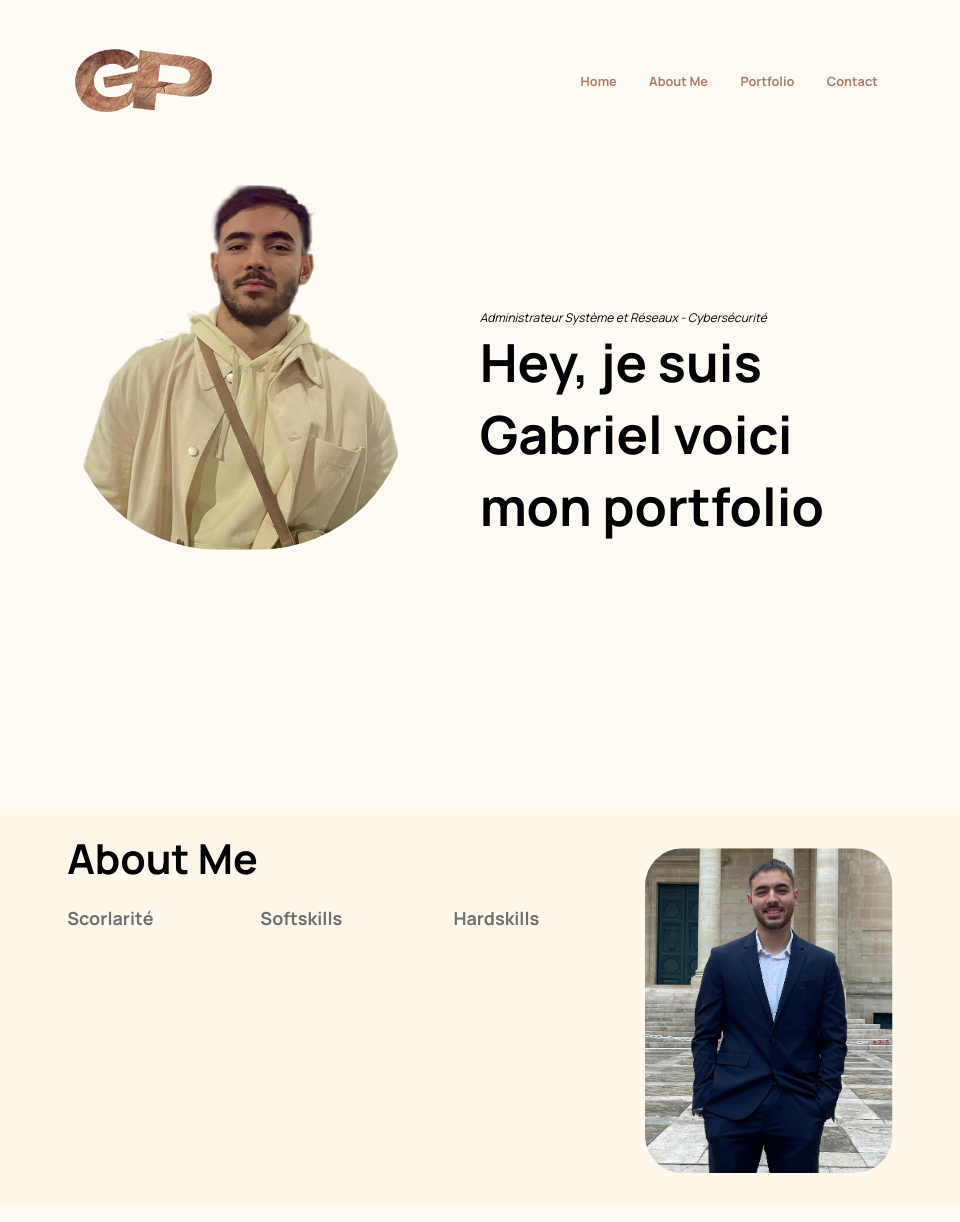
Repository: Gabtorinho25/Portfolio-Web-Site
Page: index.html
These files come from the project's save history. The page is drawn as it stood at one moment and after a run of saves; the edit follows.
The browser window is 1280 px wide. The pictures show the whole page, at 75% of full size.

Above is the page before, as saved 2024-04-02 17:43:53.

### index.html
<!DOCTYPE html>
<html lang="fr">
  <head>
    <meta charset="UTF-8" />
    <meta name="viewport" content="width=device-width, initial-scale=1.0" />
    <title>Portfolio de Gabriel Dos Santos</title>
    <link rel="stylesheet" href="style.css" />
    <link rel="preconnect" href="https://fonts.googleapis.com" />
    <link rel="preconnect" href="https://fonts.gstatic.com" crossorigin />
    <link
      href="https://fonts.googleapis.com/css2?family=Manrope:wght@200..800&display=swap"
      rel="stylesheet"
    />
  </head>
  <body>
    <header>
      <div class="container relative" id="header">
        <nav>
          <img class="logo" src="/Image/Logo.png" alt="logo" />
          <ul>
            <li><a href="">Home</a></li>
            <li><a href="">About Me</a></li>
            <li><a href="">Portfolio</a></li>
            <li><a href="">Contact</a></li>
          </ul>
        </nav>
       <div class="PhotodeMoi">
        <img  class="pictureofme" src="Image/profil-transformed.png" alt="Me">
       </div>
       <div class="TextePresentation">
        <p class="italic" >Administrateur Système et Réseaux - Cybersécurité</p>
        <h1 id="accroche">Hey, je suis <span class="marron hover-3">Gabriel</span> voici mon portfolio </h1>
       </div>
      </div>
    </header>
    <main>
       <!-- AboutMe -->
        <div id="AboutMe">
          <div class="container"></div>
            <div class="row">
              <div class="colonne1">
                <h1 class="AboutMeTitre" >About Me</h1>
                <div id="scolarité" class="active"  data-anim="1"><h2>Scorlarité</h2></div>
                <div id="softskills" data-anim="2"><h2>Softskills</h2></div>
                <div id="hardskills" data-anim="3"><h2>Hardskills</h2></div>


                <div class="contenu displayed" data-anim="1">

                </div>
              </div>

              <div class="colonne2">
                <img id="AboutMePicture" src="Image/AboutMe.jpg" alt="AboutMe">
              </div>

            </div>

        </section>
    </main>
    <footer></footer>
  </body>
</html>

<!-- <p id="ParaphMe">Actuellement en Prépa Mastère Cybersécurité et data, je suis un passionné par le domaine <br> du numérique que ça soit le jeux vidéos,  l'industrie du cinéma ou encore les nouvelles technologies.
  Je suis constamment en quête de nouvelles connaissances et de défis stimulants 💻. <br>
  <br>
 est de m'orienter vers le domaine de la cybersécurité en tant qu'hacker éthique, pentester ou architecte en sécurité .<br> -->
  <!-- Je suis actuellement à la recherche d'opportunités professionnelles, notamment d'un stage et d'une alternance. N'hésitez pas à me contacter pour toute proposition ou collaboration dans votre entreprise ! </p> --> -->

### style.css
* {
  margin: 0;
  padding: 0;
  font-family: "Manrope", sans-serif;
  box-sizing: border-box;
}

body {
  background-color: #fffbf4;
  color: white;
}




header {
  width: 100%;

}


.logo {
  width: 200px;
}

.profil {
  border-radius:70%;
  width: 25%;
}
.container{
    padding: 7px 7%;
}

nav {

    display: flex;
    align-items: center;
    justify-content: space-between;
    flex-wrap: wrap;

}

nav ul li{
    display: inline-block;
    list-style: none;
    margin: 10px 20px;
    align-items: center;
    justify-content: space-between;
    flex-wrap: wrap;
}

nav ul li a{
    list-style-type: none;
    color:#AB7D63;
    font-family: "Manrope", sans-serif;
    font-optical-sizing: auto;
    font-size: 17px;
    font-weight:700;
    text-decoration:none;
}

a:hover{
  text-decoration: underline;
}

.flotte{
  float: left;
}

p{
  color: #000000;
}

h1{
  color: black;
}

.italic{font-style: italic;}

#ParaphMe{
  width: 600px;
}
.relative{
  position: relative;

}
.pictureofme{

    width: 100%;
    z-index: -1;
     border-radius: 200px;
     top: 70px;
    right: 3%;

}
.PhotodeMoi{
  padding-top: 40px;
    width: 455px;
    height: 455px;
}

.TextePresentation{
  padding-top: 100px;
position: relative;
bottom: 350px;
width: 100%;
color: aqua;
padding-left:550px;
}

.marron{
  color: #AB7D63;
}

#accroche{
  font-size: 70px;
  color: #000000;
}

.Présentation{
  display: inline-block;
}


 /* STYLE POUR HOVER */
 .hover-3 {
  --b: 0.1em;
  --c:#AB7D63;

  color: #0000;
  padding-block: var(--b);
  background:
    linear-gradient(var(--c) 50%,#000 0) 0% calc(100% - var(--_p,0%))/100% 200%,
    linear-gradient(var(--c) 0 0) 0% var(--_p,0%)/var(--_p,0%) var(--b) no-repeat;
  -webkit-background-clip: text,padding-box;
          background-clip: text,padding-box;
  transition: .3s var(--_s,0s) linear,background-size .3s calc(.3s - var(--_s,0s));
}
.hover-3:hover {
  --_p: 100%;
  --_s: .3s;
}


/* ABOUT ME */

#AboutMe{
  background-color:  #fff8ea;
  padding: 3% 7%;
}

.row{
  display: flex;  /* pour que les divs enfants à l'intérieur soit disposé en ligne quand elles ont assez de place */
  justify-content: space-between; /* pour qu'il est un espace entre les deux divs enfants*/
  flex-wrap: wrap;

}

#AboutMePicture{
  width: 100%;
  border-radius: 50px;
}

.colonne1 {
  width: 70%;


}
.colonne2{
width: 30%;
}

.AboutMeTitre{
  text-align: left;
  font-size: 55px;
  position: relative;
  bottom: 25px;
}

h2 {
  color:#6f6f6f;
}
#softskills,#hardskills,#scolarité {
  display: inline-flex;
  justify-content: left;
  width: 33%;
  cursor: pointer;
}

After the next 8 saves:
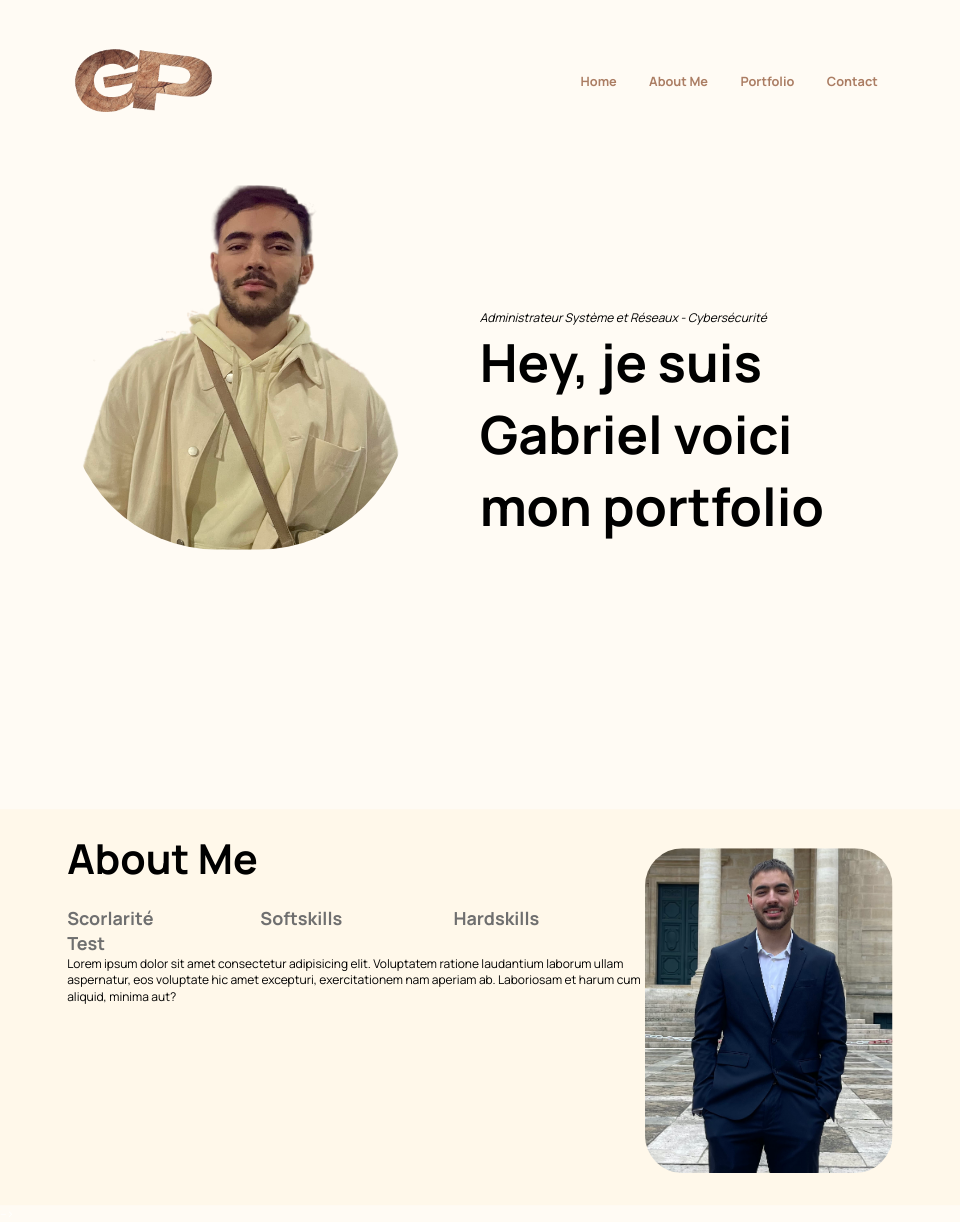
The 8 saves are shown as one change because they came seconds apart.
The last was saved 26 s later.
--- a/index.html
+++ b/index.html
@@ -46,7 +46,8 @@
 
 
                 <div class="contenu displayed" data-anim="1">
-
+                  <h2>Test</h2>
+                  <p>Lorem ipsum dolor sit amet consectetur adipisicing elit. Voluptatem ratione laudantium laborum ullam aspernatur, eos voluptate hic amet excepturi, exercitationem nam aperiam ab. Laboriosam et harum cum aliquid, minima aut?</p>
                 </div>
               </div>
 
